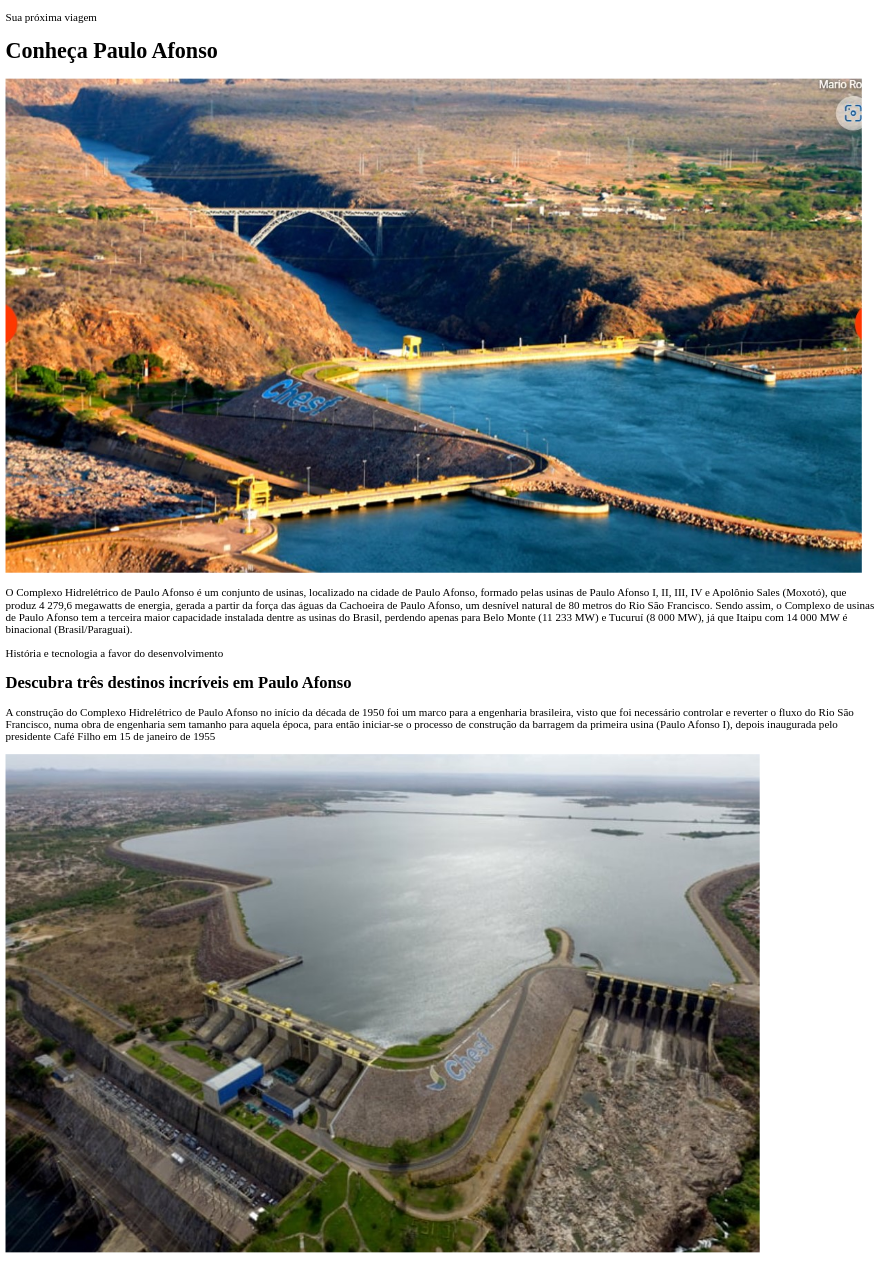
Repository: JeffRodFer/testeGitXGithub
Page: index.html
These files come from the project's save history. The page is drawn as it stood at one moment and after the next save; the edit follows.
The browser window is 1280 px wide. The pictures show the whole page, at 69% of full size.

Above is the page before, as saved 2025-03-15 18:20:21.

After the next save:
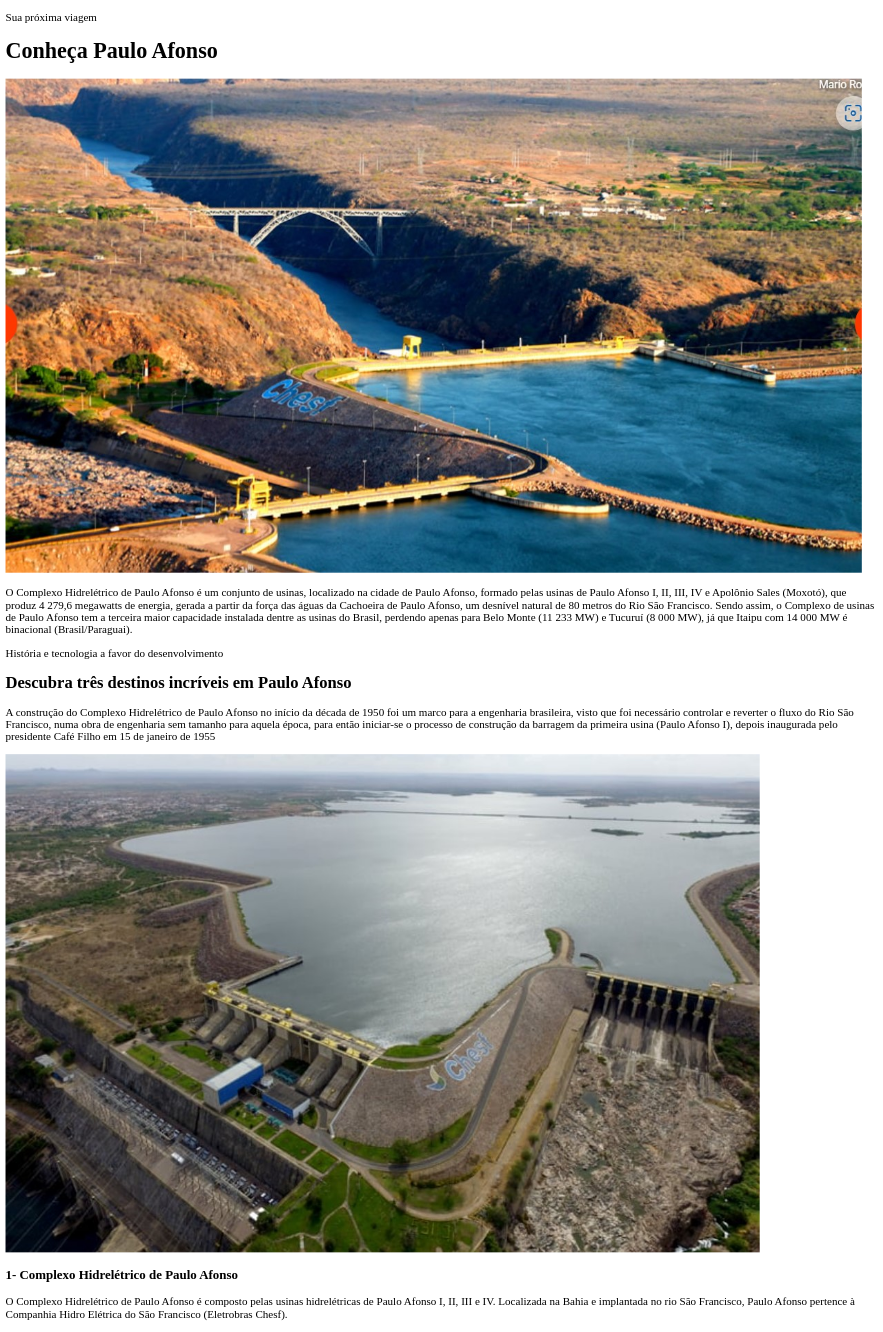
Saved 14 min 11 s later.
--- a/index.html
+++ b/index.html
@@ -20,7 +20,12 @@
                 A construção do Complexo Hidrelétrico de Paulo Afonso no início da década de 1950 foi um marco para a engenharia brasileira, visto que foi necessário controlar e reverter o fluxo do Rio São Francisco, numa obra de engenharia sem tamanho para aquela época, para então iniciar-se o processo de construção da barragem da primeira usina (Paulo Afonso I), depois inaugurada pelo presidente Café Filho em 15 de janeiro de 1955
             </p>
             <img src="assets/hidroele.jpg" alt="hidroelêtrica">
+                <h3>1- Complexo Hidrelétrico de Paulo Afonso</h3>
+                <p>
+                    O Complexo Hidrelétrico de Paulo Afonso é composto pelas usinas hidrelétricas de Paulo Afonso I, II, III e IV. Localizada na Bahia e implantada no rio São Francisco, Paulo Afonso pertence à Companhia Hidro Elétrica do São Francisco (Eletrobras Chesf).
+                </p>
         </section>
+
     </div>
 </body>
 </html>
